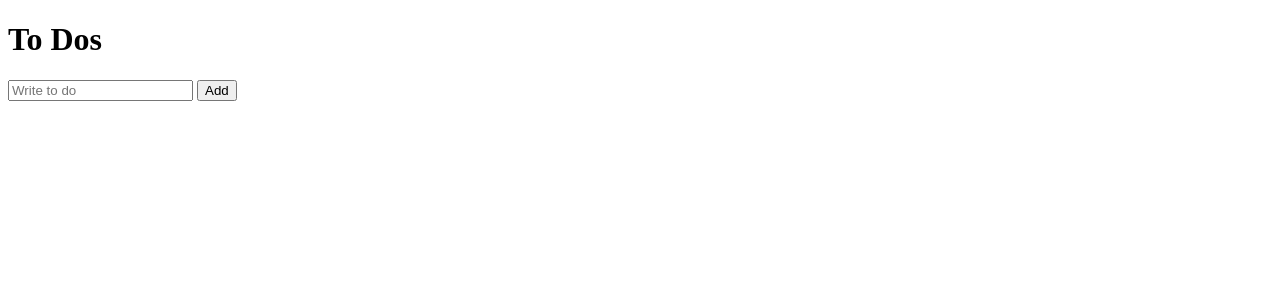
Repository: hwangstar156/practice-redux
Page: /
An editor plug-in stored every save of this project. The page is shown before and after the next save, followed by the edit.
The browser window is 1280 px wide. The pictures show the whole page.
Empty fields were first filled with sample values (such as "Sample", 5 or name@example.com).
After loading, the first visible `form` was submitted once.
The project was rebuilt for these pictures with package versions that can differ from the ones it lists, and the page was loaded fresh each time.

Above is the page before, as saved 2021-08-13 22:08:22.

### public/index.html
<!DOCTYPE html>
<html lang="en">
  <head>
    <meta charset="utf-8" />
    <link rel="icon" href="%PUBLIC_URL%/favicon.ico" />
    <meta name="viewport" content="width=device-width, initial-scale=1" />
    <meta name="theme-color" content="#000000" />
    <meta
      name="description"
      content="Web site created using create-react-app"
    />
    <link rel="apple-touch-icon" href="%PUBLIC_URL%/logo192.png" />
    <link rel="manifest" href="%PUBLIC_URL%/manifest.json" />
    <title>Vanilla Redux</title>
  </head>
  <body>
    <h1>To Dos</h1>
    <form>
      <input type="text" placeholder="Write to do">
      <input type="submit" value="Add">
    </form>
    <ul>

    </ul>
  </body>
</html>

### src/index.js
import { createStore } from "redux";

const ul = document.querySelector("ul");
const form = document.querySelector("form");
const input = document.querySelector("input");
const ADD_TODO = "ADD_TODO";
const DELETE_TODO = "DELETE_TODO";

const reducer = (state = [], action) => {
  switch (action.type) {
    case ADD_TODO:
      return [...state, { text: action.text }];
    case DELETE_TODO:
      return [];
    default:
      return [];
  }
};

const store = createStore(reducer);
store.subscribe(() => console.log(store.getState()));
form.addEventListener("submit", (e) => {
  e.preventDefault();
  const toDo = input.value;
  input.value = "";
  store.dispatch({ type: ADD_TODO, text: toDo, id: Date.now() });
});

After the next save:
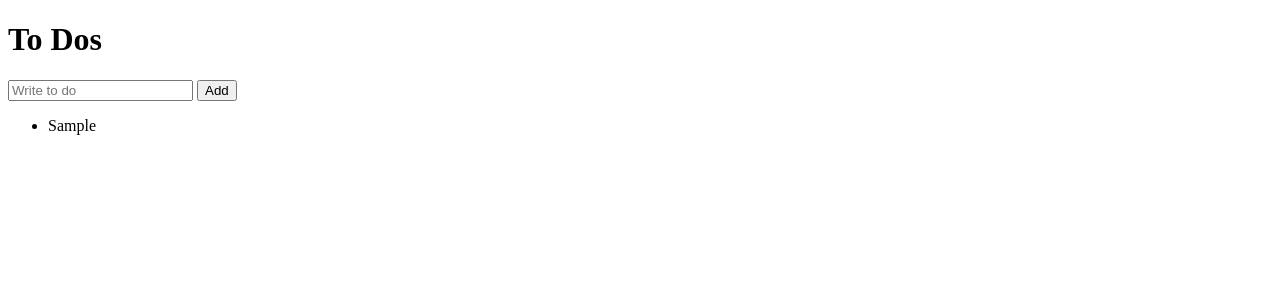
Saved 7 min 13 s later.
--- a/src/index.js
+++ b/src/index.js
@@ -9,7 +9,7 @@ const DELETE_TODO = "DELETE_TODO";
 const reducer = (state = [], action) => {
   switch (action.type) {
     case ADD_TODO:
-      return [...state, { text: action.text }];
+      return [...state, { text: action.text, id: action.id }];
     case DELETE_TODO:
       return [];
     default:
@@ -19,9 +19,26 @@ const reducer = (state = [], action) => {
 
 const store = createStore(reducer);
 store.subscribe(() => console.log(store.getState()));
+
+const paintToDo = () => {
+  const toDos = store.getState();
+  toDos.forEach((toDo) => {
+    const li = document.createElement("li");
+    li.id = toDo.id;
+    li.innerText = toDo.text;
+    ul.appendChild(li);
+  });
+};
+
+store.subscribe(paintToDo);
+
+const addToDo = (text) => {
+  store.dispatch({ type: ADD_TODO, text, id: Date.now() });
+};
+
 form.addEventListener("submit", (e) => {
   e.preventDefault();
   const toDo = input.value;
   input.value = "";
-  store.dispatch({ type: ADD_TODO, text: toDo, id: Date.now() });
+  addToDo(toDo);
 });
